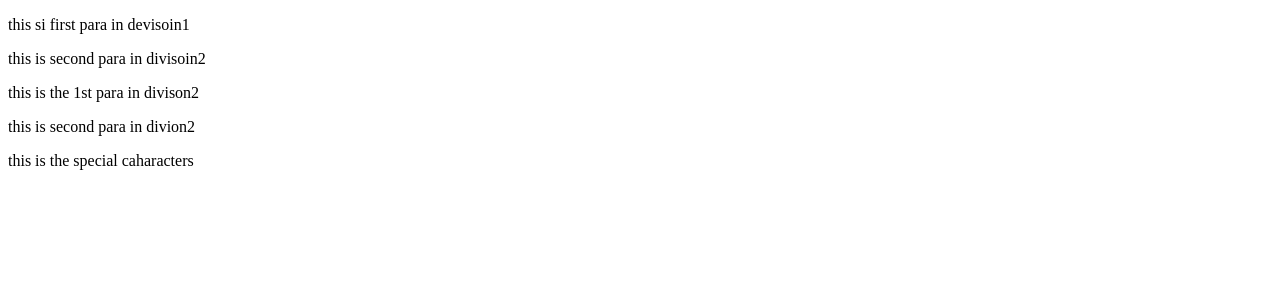
Repository: viveknaidu007/repo-115-JavaScript
Page: 22.html
The author's editor kept a copy of each file at every save. The page is drawn from the files as they stood at one save, then again after the next save.
The browser window is 1280 px wide. The pictures show the whole page.

Above is the page before, as saved 2024-06-24 16:08:24.

After the next save:
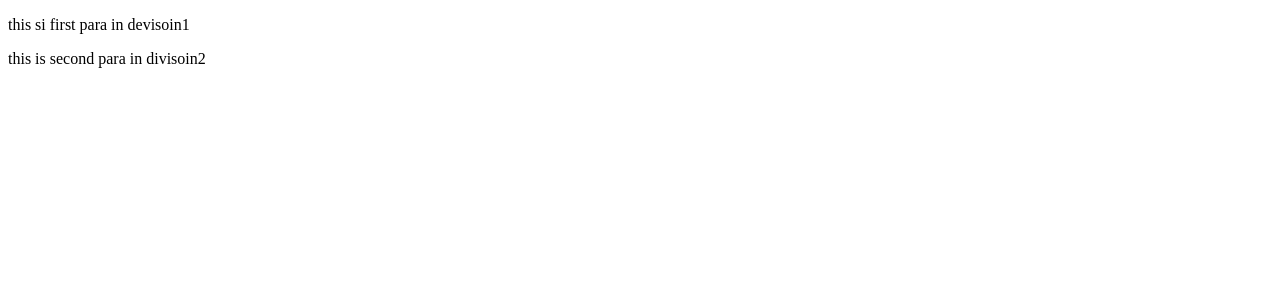
Saved 6 min 17 s later.
--- a/22.html
+++ b/22.html
@@ -13,20 +13,15 @@
             <p> this is second para in divisoin2</p>
         </div>
 
-        <div id="second">
+        <div id="last">
             <p> this is the 1st para in divison2</p>
             <p> this is second para in divion2</p>
         </div>
     </body>
 
     <script>
-        var n = document.createElement('p')
-        n.innerText = "this is the special caharacters"
-
-        var parent = document.getElementById("second")
         var last = document.getElementById("last")
-
-        parent.insertBefore(n,last)
+        last.remove()
     </script>
 
 </html>
